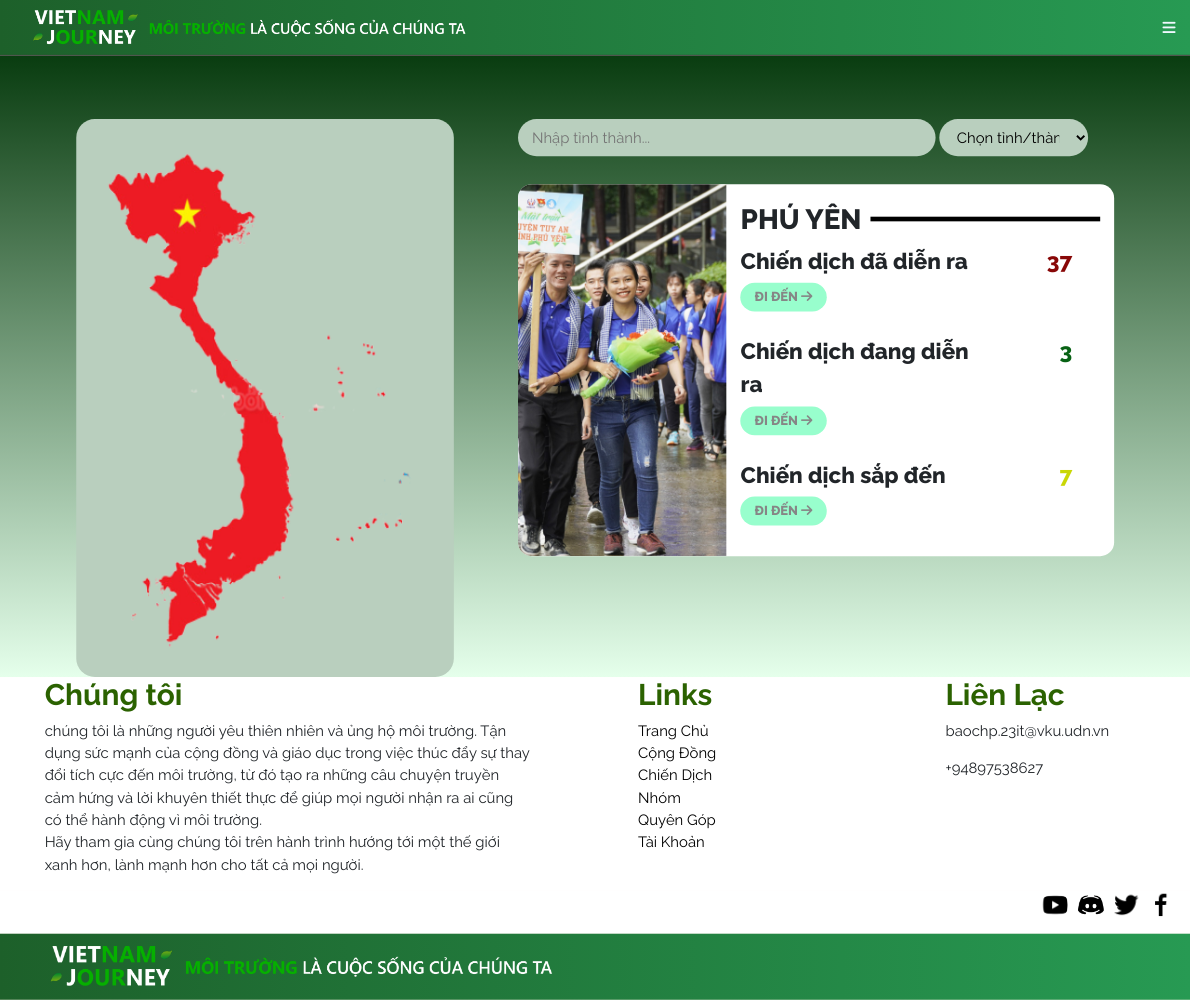
Repository: Boima12/Boima12.github.io_VietnamJourney
Page: HTML/ChienDich/ChienDich.html
An editor plug-in stored every save of this project. The page is shown before and after a run of saves, followed by the edit.
The browser window is 1280 px wide. The pictures show the whole page, at 93% of full size.

Above is the page before, as saved 2024-05-25 08:26:12.

### HTML/ChienDich/ChienDich.html
<!DOCTYPE html>
<HTML lang="en">

<HEAD>
    <TITLE>Chiến Dịch</TITLE>
    <meta charset="UTF-8">
    <meta name="viewport" content="width=device-width, initial-scale=1.0">

    <!-- CSS -->
    <link rel="stylesheet" href="ChienDich.css">

    <!-- Favicon -->
    <link rel="icon" type="image/x-icon" href="../../Images/yo.ico">

    <!--Bootstrap 5-->
    <link href="https://cdn.jsdelivr.net/npm/bootstrap@5.3.3/dist/css/bootstrap.min.css" rel="stylesheet">
    <script src="https://cdn.jsdelivr.net/npm/bootstrap@5.3.3/dist/js/bootstrap.bundle.min.js"></script>
    <!-- <link rel="stylesheet" href="https://cdn.jsdelivr.net/npm/bootstrap@4.6.2/dist/css/bootstrap.min.css" integrity="sha384-xOolHFLEh07PJGoPkLv1IbcEPTNtaed2xpHsD9ESMhqIYd0nLMwNLD69Npy4HI+N" crossorigin="anonymous"> -->
    <!-- Font Awesome -->
    <link rel="stylesheet" href="https://cdnjs.cloudflare.com/ajax/libs/font-awesome/6.5.1/css/all.min.css">
</HEAD>



<BODY style="background-color: #FFF4E6;">

    <!-- header là Navigation bar -->
    <header id="header1">
        <div class="logo">
            <img class="logo1" src="../../Images/header1.png" onclick="navToIntro()" style="height: 40px;">
            <img class="logo2" src="../../Images/header2.png" onclick="navToIntro()">
        </div>

        <div class="links">
            <nav>
                <a href="../TrangChu/TrangChu.html">TRANG CHỦ</a>
                <a href="../CongDong/CongDong.html">CỘNG ĐỒNG</a>
                <a href="../ChienDich/ChienDich.html">CHIẾN DỊCH</a>
                <a href="../Nhom/Nhom.html">NHÓM</a>
                <a href="../QuyenGop/QuyenGop.html">QUYÊN GÓP</a>
                <a href="../TaiKhoan/TaiKhoan.html">TÀI KHOẢN</a>
            </nav>
        </div>

        <div class="bar" onclick="MenuBar()">
            <i class="fa-solid fa-bars"></i>
        </div>

        <div id="overlay"></div>

        <div id="sidebar">
            <div class="sidebar-content">

                <div style="color: aliceblue;text-align: right;margin-top:0;" onclick="CloseBar()"><i
                        class="fa-solid fa-bars"></i></div>

                <!-- <p>VỀ CHÚNG TÔI <i class="fa-regular fa-address-card"></i></p> -->
                <a href="../TrangChu/TrangChu.html">TRANG CHỦ <i class="fa-solid fa-house"></i></a>
                <a href="../CongDong/CongDong.html">CỘNG ĐỒNG <i class="fa-solid fa-earth-americas"></i></a>
                <a href="../ChienDich/ChienDich.html">CHIẾN DỊCH <i class="fa-solid fa-fire"></i></a>
                <a href="../Nhom/Nhom.html">NHÓM <i class="fa-solid fa-people-group"></i></a>
                <a href="../QuyenGop/QuyenGop.html">QUYÊN GÓP <i class="fa-solid fa-hand-holding-dollar"></i></a>
                <a href="../TaiKhoan/TaiKhoan.html">TÀI KHOẢN <i class="fa-solid fa-user"></i></a>
            </div>

        </div>

    </header>
    <div style="height: 3rem;"></div> <!-- Cách một khoảng cho navigation bar -->















<!-- LÀM Ở ĐÂY -->
    <div class="section-one">
        <div class="container">
            <div class="row">
                <div class="col-xl-5  col-lg-5 col-md-12 col-sm-12 col-12">
                    <div class="map">
                        <img src="./images/bando.png" alt="bản đồ việt nam">
                    </div>
                </div>
                <div class="col-xl-7 col-lg-7 col-md-12 col-sm-12 col-12">
                    <div class="right">
                        <div class="search">
                            <input type="search" class="inner-search" placeholder="Nhập tỉnh thành...">
                            <select id="province" name="province" required>
                                <option value="" selected disabled>Chọn tỉnh/thành</option>
                            </select>
                        </div>
                        <div class="content">
                            <img src="./images/anh1.jpg" alt="">
                            <div class="inner-content">
                                <div class="inner-title">
                                    <div class="inner-text">PHÚ YÊN</div>
                                    <div class="inner-line"></div>
                                </div>
                                <div class="part">
                                    <div class="inner-content">
                                        <div class="inner-title">Chiến dịch đã diễn ra</div>
                                        <div class="inner-button">ĐI ĐẾN <i class="fa-solid fa-arrow-right"></i></div>
                                    </div>
                                    <div class="inner-count red">37</div>
                                </div>
                                <div class="part">
                                    <div class="inner-content">
                                        <div class="inner-title">Chiến dịch đang diễn ra</div>
                                        <div class="inner-button">ĐI ĐẾN <i class="fa-solid fa-arrow-right"></i></div>
                                    </div>
                                    <div class="inner-count green">3</div>
                                </div>
                                <div class="part">
                                    <div class="inner-content">
                                        <div class="inner-title">Chiến dịch sắp đến</div>
                                        <div class="inner-button">ĐI ĐẾN <i class="fa-solid fa-arrow-right"></i></div>
                                    </div>
                                    <div class="inner-count yellow">7</div>
                                </div>
                            </div>
                        </div>
                    </div>
                </div>
            </div>
        </div>
    </div>















    <footer>
        <div class="up">
            <div id="about">
                <h2>Chúng tôi</h2>
                <p>chúng tôi là những người yêu thiên nhiên và ủng hộ môi trường. Tận dụng sức mạnh của cộng đồng và giáo dục trong việc thúc đẩy sự thay đổi tích cực đến môi trường, từ đó tạo ra những câu chuyện truyền cảm hứng và lời khuyên thiết thực để giúp mọi người nhận ra ai cũng có thể hành động vì môi trường.<br>
                    Hãy tham gia cùng chúng tôi trên hành trình hướng tới một thế giới xanh hơn, lành mạnh hơn cho tất cả mọi người.
                </p>
            </div>

            <div id="quickLinks">
                <h2>Links</h2>
                <a href="../../HTML/TrangChu/TrangChu.html">Trang Chủ</a>
                <a href="../../HTML/CongDong/CongDong.html">Cộng Đồng</a>
                <a href="../../HTML/ChienDich/ChienDich.html">Chiến Dịch</a>
                <a href="../../HTML/Nhom/Nhom.html">Nhóm</a>
                <a href="../../HTML/QuyenGop/QuyenGop.html">Quyên Góp</a>
                <a href="../../HTML/TaiKhoan/TaiKhoan.html">Tài Khoản</a>
            </div>

            <div id="contacts">
                <h2>Liên Lạc</h2>
                <p>baochp.23it@vku.udn.vn</p>
                <p>+94897538627</p>
            </div>
        </div>


        <div class="mid">
            <a href="https://www.youtube.com/channel/UC1cpkfqLNp6I1HgNy2MUhUg"><img src="../../Images/youtube_icon.png"></a>
            <a href="https://discord.com/invite/45fkbZcj"><img src="../../Images/discord_icon.png"></a>
            <a href="https://x.com/dog_rates"><img src="../../Images/twitter_icon.png"></a>
            <a href="https://web.facebook.com/vku.udn.vn/?_rdc=1&_rdr"><img src="../../Images/facebook_icon.png"></a>
        </div>


        <div class="bot">
            <img class="logo1" src="../../Images/header1.png">
            <img class="logo2" src="../../Images/header2.png">
        </div>
    </footer>


    <!-- JavaScript -->
    <script src="../../Script/ChienDich.js"></script>
    <noscript>Your Browser doesn't support JavaScript</noscript>

</BODY>

</HTML>

### HTML/ChienDich/ChienDich.css
/* IMPORTING */
@font-face {
    font-family: Raleway;
    src: url("../../Fonts/Raleway-VariableFont_wght.ttf");
}

/* END IMPORTING */

/*BASE*/
* {
    box-sizing: border-box;
}

:root {
    --color-bg: #05390C;
    --color-green: #00FF0A;
    --color-text: #000000;
    --color-desc: #868686;
  }

body {
    color: var(--color-text);
}

/*BASE*/

/* Loại bỏ margin - padding global */
* {
    margin: 0px;
    padding: 0px;
}


/* global font */
* {
    font-family: Raleway;
}



/* NAVIGATION BAR */
header {
    display: flex;
    align-items: center;
    justify-content: space-between;
    position: fixed;
    width: 100%;
    height: 60px;
    border-bottom: 1.5px solid rgb(97, 94, 94);
    background: linear-gradient(to right, rgb(29, 96, 42), rgb(39, 154, 83));
    z-index: 999;
}


header div.logo img {
    width: auto;
    height: 2.9rem;
    /* margin-left: 3rem; */
}

header div.logo img.logo1 {
    display: block;
    padding-left: 10px;
    margin: 20px;
}

header div.logo img.logo2 {
    display: none;
}


header div.links nav {
    display: flex;
    justify-content: space-around;
    width: 100%;
}


header div.links nav a {
    margin: 0;
    padding: 0 1rem;

    cursor: pointer;

    text-decoration: none;
    color: white;
    font-size: 16px;
    font-weight: 600;
}


header div.links nav a:hover {
    color: #b8e994;
}


header div.bar {
    display: none;
    margin-right: 1rem;

    color: aliceblue;
    text-align: right;
}


header #overlay {
    display: none;
    position: fixed;

    top: 0;
    left: 0;
    width: 100%;
    height: 100%;

    background-color: rgba(0, 0, 0, 0.8);

    z-index: 9999;
}


header #sidebar {
    display: flex;
    justify-content: flex-end;
    float: right;

    position: fixed;

    top: 0;
    right: -20%;
    width: 20%;
    height: 100%;
    border: none;
    overflow: hidden;

    background: linear-gradient(to top, rgb(37, 79, 46), rgb(53, 189, 105));

    transition: right 0.3s ease-in-out;
    z-index: 10000;

}


header #sidebar.open {
    right: 0;
}


header #sidebar div.sidebar-content {
    display: flex;
    flex-direction: column;
    overflow-y: auto;
    overflow-x: hidden;
    padding: 1.5rem;
    width: 100%;
}


header #sidebar div.sidebar-content a {
    text-align: right;
    text-decoration: none;
    font-size: 1.2rem;

    color: aliceblue;
    margin-top: 1.5rem;

    margin-right: 0;
}


header #sidebar div.sidebar-content a:hover {
    color: #b8e994;
}


header #sidebar div.sidebar-content i {
    font-size: smaller;
}

/* END NAVIGATION BAR */

/* SECTION-ONE */
.section-one {
    background-image: linear-gradient(to bottom, #05390C, #E5FFEB);
    padding-top: 80px;
}

.map {
    width: 90%;
    position: relative;
    border-radius: 20px;
    max-width: 100%;
    overflow: hidden;
    height: 600px;
    object-fit: cover;
    background-color: #b9cfbe ;
}

.map img {
    width: 100%;
    height: 100%;
}

.right {
    height: 600pxx;
}

.right .search {
    height: 40px;
    margin-bottom: 30px;
    display: ;
}

.right .search .inner-search {
    background-color: #B9CFBE;
    height: 100%;
    width: 70%;
    border-radius: 40px;
    border: none;
    padding: 5px 15px 5px 15px;
    font-size: 16px;
}

.right .search #province {
    background-color: #B9CFBE;
    height: 100%;
    width: 25%;
    border-radius: 40px;
    border: none;
    padding: 5px 15px 5px 15px;
    font-size: 16px;
}

.right .content {
    display: flex;
    border-radius: 15px;
    overflow: hidden;
    height: 400px;
    background-color: white;
}

.right .content img {
    width: 35%;
    height: auto;
    object-fit: cover;
}

.right .content .inner-content {
    width: 65%;
    padding: 15px;
}

.right .content .inner-content .inner-title {
    width: 100%;
    font-size: 30px;
    font-weight: 800;
    display: flex;
    align-items: center;
    margin-bottom: 5px;
}

.right .content .inner-content .inner-title .inner-text {
    display: inline-block;
}

.right .content .inner-content .inner-title .inner-line {
    flex-grow: 1;
    position: relative;
    height: 5px;
    background-color: #000000;
    line-height: 100%;
    margin-left: 10px;
}

.right .content .inner-content .part {
    width: 100%;
    display: flex;
    justify-content: space-between;
    margin-bottom: 25px;
}

.right .content .inner-content .part .inner-content {
    padding: 0;
}

.right .content .inner-content .part .inner-content .inner-title{
    font-size: 24px;
}

.right .content .inner-content .part .inner-content .inner-button {
    font-size: 14px;
    font-weight: 800;
    color: var(--color-desc);
    background-color: #98FECD;
    display: inline-block;
    padding: 5px 15px 5px 15px;
    border-radius: 20px;
}

.right .content .inner-content .part .inner-count {
    font-size: 24px;
    font-weight: 800;
    text-align: center;
    margin-right: 30px;
}

.right .content .inner-content .part .red {
    color: #880707;
}

.right .content .inner-content .part .green {
    color: #086214;
}

.right .content .inner-content .part .yellow {
    color: #c9d705;
}

/* END SECTION-ONE */











































/* Code CSS ở đây */






































/* FOOTER */
footer div.up {
    display: flex;
    justify-content: space-around;
    gap: 1.2rem;
    width: 100%;

    background-color: white;

}


footer div.up h2 {
    font-weight: bold;
    color: #2B6200;
}


footer div.up #about {
    display: flex;
    flex-direction: column;
    justify-content: flex-start;

    width: 50%;
    padding-left: 3rem;
    padding-right: 3rem;
}


footer div.up #quickLinks {
    display: flex;
    flex-direction: column;
    justify-content: flex-start;

    width: 25%;
    padding-left: 3rem;
    padding-right: 3rem;
}


footer div.up #quickLinks a {
    text-decoration: none;
    color: black;
}


footer div.up #contacts {
    display: flex;
    flex-direction: column;
    justify-content: flex-start;

    width: 25%;
    padding-left: 3rem;
    padding-right: 3rem;
}


footer div.mid {
    display: flex;
    justify-content: flex-end;
    gap: 0.5rem;

    width: 100%;
    padding-right: 1rem;
    padding-bottom: 1rem;
    background-color: white;
}


footer div.mid a img {
    width: 30px;
    height: 30px;
}


footer div.bot {
    display: flex;
    justify-content: flex-start;

    padding-left: 3rem;
    padding-top: 0.75rem;
    padding-bottom: 0.75rem;
    width: 100%;

    background: linear-gradient(to right, rgb(29, 96, 42), rgb(39, 154, 83));
}


footer div.bot img {
    width: auto;
    height: 2.9rem;
}


footer div.bot img.logo1 {
    display: block;
}


footer div.bot img.logo2 {
    display: none;
}


/* END FOOTER */













/* RESPONSIVE DESIGN */
@media (max-width: 1380px) {
    header div.links nav a {
        display: none;
    }

    header div.bar  {
        display: block;
    }

    header #sidebar {
        right: -30%;
        width: 30%;
    }
}


@media (max-width: 950px) {
    footer div.up {
        flex-direction: column;
    }

    footer div.up #about {
        width: 100%;
    }

    footer div.up #quickLinks {
        width: 100%;
    }

    footer div.up #contacts {
        width: 100%;
    }
}


@media (max-width: 630px) {
    header {
        height: 3.5rem;
    }

    header div.logo img.logo1 {
        display: none;
    }

    header div.logo img.logo2 {
        display: block;
    }

    header div.logo img {
        width: auto;
        height: 3.5rem;
        margin-left: 14rem;
    }

    header #sidebar {
        right: -50%;
        width: 50%;
    }

    footer div.bot {
        justify-content: center;
        padding-left: 0rem;
    }

    footer div.bot img {
        height: 3.5rem;
    }

    footer div.bot img.logo1 {
        display: none;
    }

    footer div.bot img.logo2 {
        display: block;
    }
}


@media (max-width: 560px) {
    header div.logo img {
        margin-left: 8rem;
    }

    header #sidebar {
        right: -60%;
        width: 60%;
    }
}


@media (max-width: 320px) {
    header div.logo img {
        margin-left: 5rem;
    }
}

/* END RESPONSIVE DESIGN */

### Script/ChienDich.js
// header menu bar
const overlay = document.getElementById('overlay');
const sidebar = document.getElementById('sidebar');

function MenuBar() {
    overlay.style.display = 'block';
    sidebar.classList.add('open');
}

function CloseBar() {
    overlay.style.display = 'none';
    sidebar.classList.remove('open');
}


// back to intro when click the logo
function navToIntro() {
    window.location.href = '../../index.html';
}


// navigation bar background transparency
// const header = document.getElementById('header1');
// function toggle_header() {
//     if (window.screenY == 0) {
//         header.style.background = 'linear-gradient(to right, rgba(29, 96, 42, 0), rgba(39, 154, 83, 0))';
//     } else if (window.screenY < 210) {
//         header.style.background = 'linear-gradient(to right, rgba(29, 96, 42, ' + parseInt(window.scrollY)*2 / 300 + '), rgba(39, 154, 83, ' + parseInt(window.scrollY)*2 / 300 + '))';
//     } else {
//         header.style.background = 'linear-gradient(to right, rgba(29, 96, 42, 0.7), rgba(39, 154, 83, 0.7))';
//     }
// }

// window.addEventListener('scroll', toggle_header);


const provinces = [
    "An Giang", "Bà Rịa - Vũng Tàu", "Bắc Giang", "Bắc Kạn", "Bạc Liêu",
    "Bắc Ninh", "Bến Tre", "Bình Định", "Bình Dương", "Bình Phước",
    "Bình Thuận", "Cà Mau", "Cần Thơ", "Cao Bằng", "Đà Nẵng",
    "Đắk Lắk", "Đắk Nông", "Điện Biên", "Đồng Nai", "Đồng Tháp",
    "Gia Lai", "Hà Giang", "Hà Nam", "Hà Nội", "Hà Tĩnh",
    "Hải Dương", "Hải Phòng", "Hậu Giang", "Hòa Bình", "Hưng Yên",
    "Khánh Hòa", "Kiên Giang", "Kon Tum", "Lai Châu", "Lâm Đồng",
    "Lạng Sơn", "Lào Cai", "Long An", "Nam Định", "Nghệ An",
    "Ninh Bình", "Ninh Thuận", "Phú Thọ", "Phú Yên", "Quảng Bình",
    "Quảng Nam", "Quảng Ngãi", "Quảng Ninh", "Quảng Trị", "Sóc Trăng",
    "Sơn La", "Tây Ninh", "Thái Bình", "Thái Nguyên", "Thanh Hóa",
    "Thừa Thiên Huế", "Tiền Giang", "TP Hồ Chí Minh", "Trà Vinh",
    "Tuyên Quang", "Vĩnh Long", "Vĩnh Phúc", "Yên Bái"
];

const select = document.getElementById('province');

provinces.forEach(province => {
    const option = document.createElement('option');
    option.value = province;
    option.textContent = province;
    select.appendChild(option);
});

After the next 4 saves:
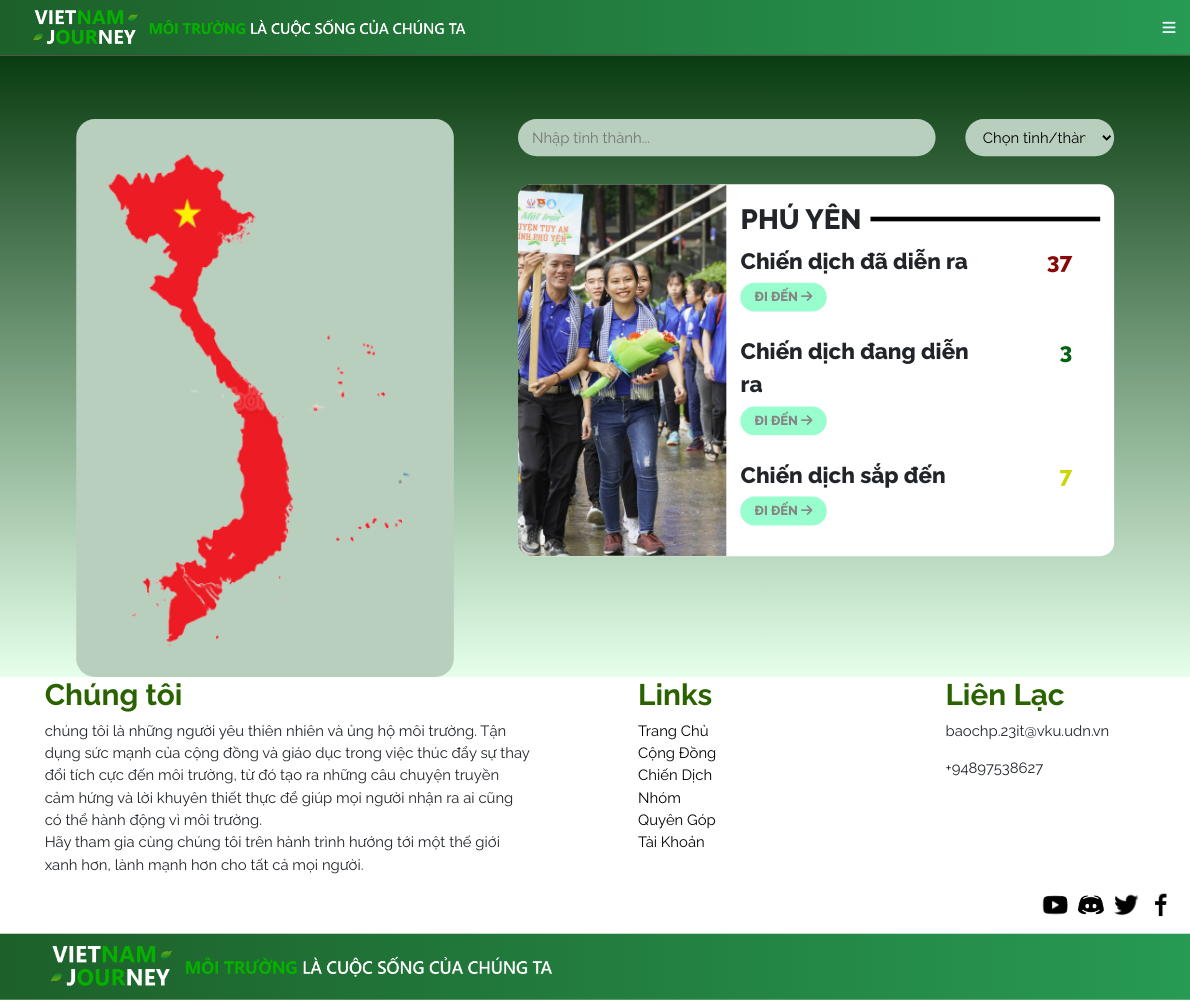
The 4 saves are shown as one change because they came seconds apart.
The last was saved 10 s later.
--- a/HTML/ChienDich/ChienDich.css
+++ b/HTML/ChienDich/ChienDich.css
@@ -207,7 +207,8 @@ header #sidebar div.sidebar-content i {
 .right .search {
     height: 40px;
     margin-bottom: 30px;
-    display: ;
+    display: flex;
+    justify-content: space-between;
 }
 
 .right .search .inner-search {
